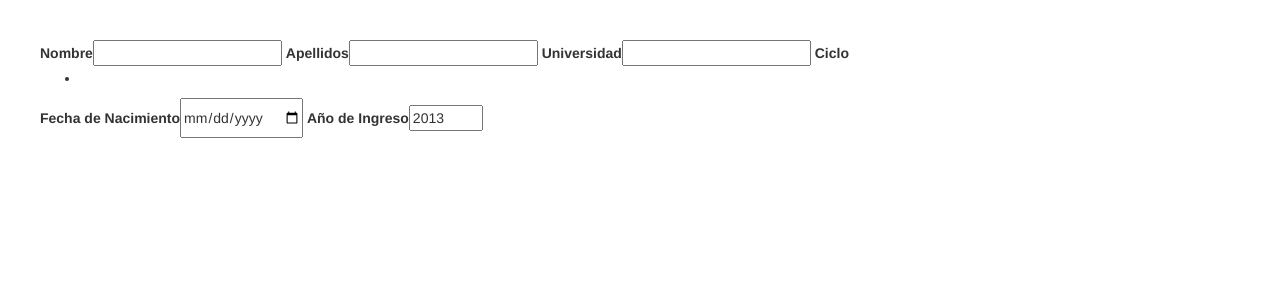
Repository: yoshitomimaehara/sdpa
Page: http://localhost/Sistema_de_Pruebas_Academicas/alumno_insertar.jsp
An editor plug-in stored every save of this project. The page is shown before and after the next save, followed by the edit.
The browser window is 1280 px wide. The pictures show the whole page.
The page is served by Tomcat 9. Other server files are loaded and not shown.

Above is the page before, as saved 2013-10-06 22:09:08.
Console error: TypeError: $(...).alert is not a function

### Web/Sistema de Pruebas Academicas/Sistema de Pruebas Academicas/WebContent/alumno_insertar.jsp
<%@ page language="java" contentType="text/html; charset=ISO-8859-1"
    pageEncoding="ISO-8859-1"%>
<!DOCTYPE html>
<html>
<head>
<title></title>
<link rel="stylesheet" type="text/css" href="css\styles.css"/>
<link rel="stylesheet" href="css\bootstrap.min.css">
<script src="js\jquery.js"></script>
<script src="js\scripts.js"></script>

</head>
<body>
	<form>
		<label>Nombre</label><input type="text" />
		<label>Apellidos</label><input type="text"/>
		<label>Universidad</label><input type="text"/>
		<label>Ciclo</label>
		<c:set var="ciclos" values="I,II,III,IV,V,VI,VII,VIII,IX,X,XI"></c:set>
		<c:forTokens items="${ciclos}" delims="," var="ciclo_letra">
		<ul>
		<li><c:out value="${ciclo_letra}"></c:out></li>
		</ul>
		</c:forTokens>
		<label>Fecha de Nacimiento</label><input type="date"/>
		<label>Año de Ingreso</label><input type="number" min="2000" max="2013" value="2013">
	</form>
</body>
</html>

### Web/Sistema de Pruebas Academicas/Sistema de Pruebas Academicas/WebContent/css/styles.css
/*
Nombre:styles.css
Descripcion:Hoja de Estilos
Autores:Yoshitomi Maehara/Liliana Gonzales
Email:
*/
/* universal */
*{
}

/*etiquetas*/
body{
	padding:40px;
}

/* identificadores */
#ingresar{
	background-color: #5162F6;
	color:white;
}

#ingresar:hover{
	background-color: white;
	color:black;

}

#link_contrasenia{
	text-decoration:none;
}

#link_contrasenia:hover{
	text-decoration:none;
}

#academico{
	padding:10px;
	clear: none;
}

#academico:hover{
	display:block;
	padding:10px;
}

/* clases */
.cabecera_index{
  padding:0.8em;
  text-align:center;
  margin: 1em;
}

.login_index{
   border:solid 1px;
   -webkit-border-radius: 8px;
   -moz-border-radius: 8px;
   border-radius: 8px;

}

.alerta{

}

.pie_index{
	height:3em;
	padding:0.5em;
}

.menu_panel{

}
.menu_lista{
	list-style-type:none;
}

.menu_lista li{
	display:inline-block;
	padding:10px;
}

.imagen{
	padding:1em;
	height:30em;
	width:30em;
}

.contenedor{
	border:1px solid #A4A4A4;
	height:30em;
	-webkit-border-radius: 8px;
   	-moz-border-radius: 8px;
   	border-radius: 8px;
   	background-color:#F2F2F2;
}

.contenido_dentro{
	background-color:#F2F2F2;
	border:1px solid #A4A4A4;
	height:30em;
	-webkit-border-radius: 8px;
   	-moz-border-radius: 8px;
   	border-radius: 8px;
}

.menu_dentro{
	background-color:#F2F2F2;
	border:1px solid #A4A4A4;
	height:10em;
	-webkit-border-radius: 8px;
   	-moz-border-radius: 8px;
   	border-radius: 8px;
}

### Web/Sistema de Pruebas Academicas/Sistema de Pruebas Academicas/WebContent/js/scripts.js
/**
 * Nombre:script.js
 * Descripcion: Funciones JavaScript/JQuery
 * Autores:Yoshitomi Maehara/Liliana Gonzales
 * Email:
 */



$(document).ready(function(){
	$().alert();
});

$(function(){
	$('.accesos').click(function(e){
		e.preventDefault();
		$('#main').load($(this).attr('href'));
	});
});

$(function(){
	$('.enlaces').click(function(e){
		e.preventDefault();
		$('#contenido').load($(this).attr('href'));
	});
});

Loaded but not shown: Web/Sistema de Pruebas Academicas/Sistema de Pruebas Academicas/WebContent/css/bootstrap.min.css (library); Web/Sistema de Pruebas Academicas/Sistema de Pruebas Academicas/WebContent/js/jquery.js (library)

After the next save:
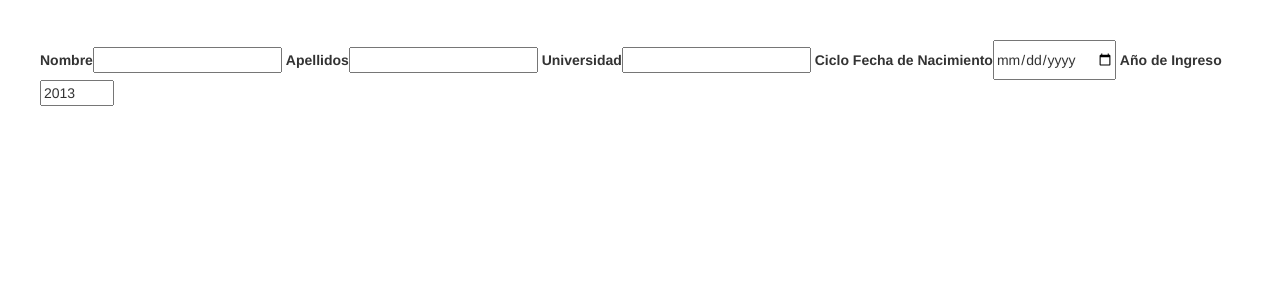
Saved 55 s later.
--- a/Web/Sistema de Pruebas Academicas/Sistema de Pruebas Academicas/WebContent/alumno_insertar.jsp
+++ b/Web/Sistema de Pruebas Academicas/Sistema de Pruebas Academicas/WebContent/alumno_insertar.jsp
@@ -17,9 +17,9 @@
 		<label>Universidad</label><input type="text"/>
 		<label>Ciclo</label>
 		<c:set var="ciclos" values="I,II,III,IV,V,VI,VII,VIII,IX,X,XI"></c:set>
-		<c:forTokens items="${ciclos}" delims="," var="ciclo_letra">
+		<c:forTokens items="${ciclos}" delims="," var="ciclo>
 		<ul>
-		<li><c:out value="${ciclo_letra}"></c:out></li>
+		<li><c:out value="${ciclo}"></c:out></li>
 		</ul>
 		</c:forTokens>
 		<label>Fecha de Nacimiento</label><input type="date"/>

After the save that followed:
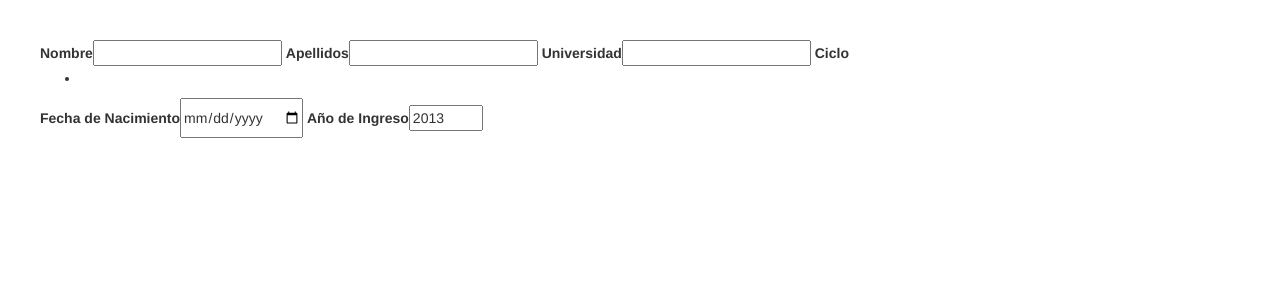
Saved 18 s later.
--- a/Web/Sistema de Pruebas Academicas/Sistema de Pruebas Academicas/WebContent/alumno_insertar.jsp
+++ b/Web/Sistema de Pruebas Academicas/Sistema de Pruebas Academicas/WebContent/alumno_insertar.jsp
@@ -17,7 +17,7 @@
 		<label>Universidad</label><input type="text"/>
 		<label>Ciclo</label>
 		<c:set var="ciclos" values="I,II,III,IV,V,VI,VII,VIII,IX,X,XI"></c:set>
-		<c:forTokens items="${ciclos}" delims="," var="ciclo>
+		<c:forTokens items="${ciclos}" delims="," var="ciclo">
 		<ul>
 		<li><c:out value="${ciclo}"></c:out></li>
 		</ul>
